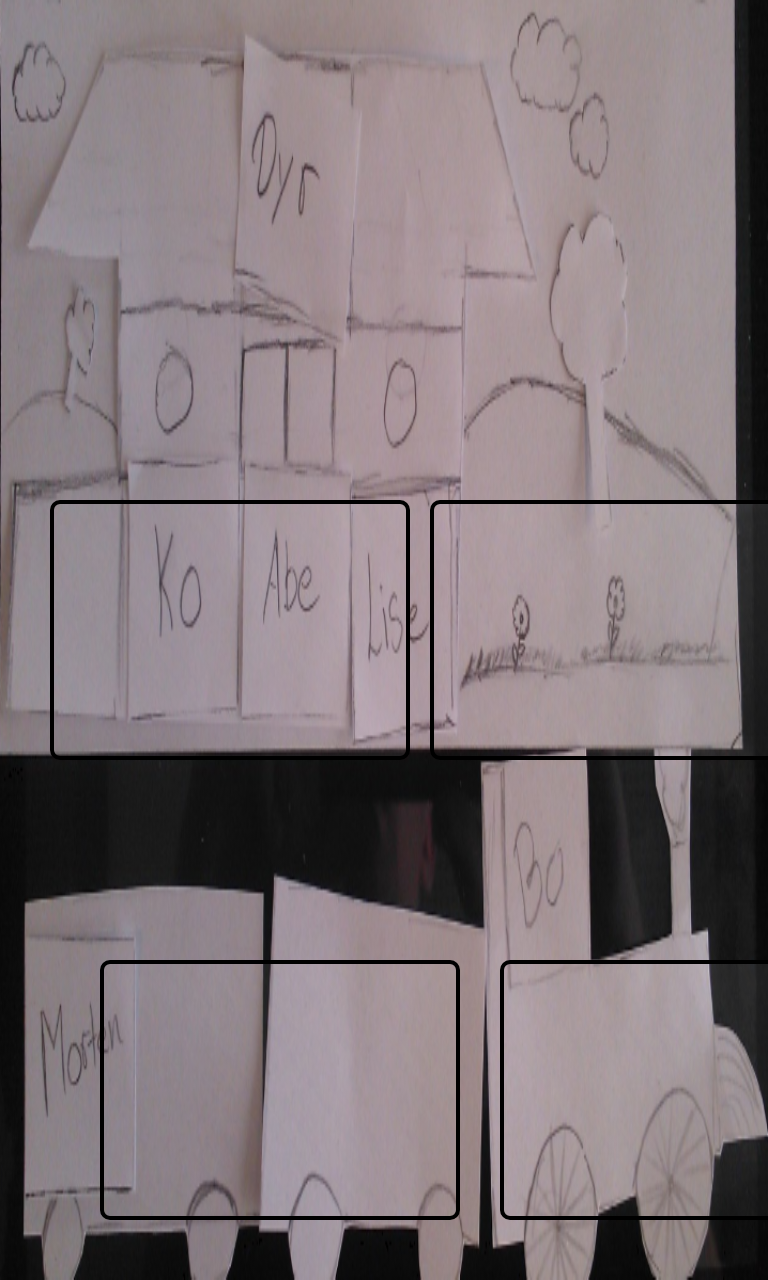
Repository: figa12/sw606f13
Layout: Source/backgroundTest/backgroundTest/res/layout/activity_main.xml
An editor plug-in stored every save of this project. The layout is shown before and after the next save, followed by the edit.
It is drawn on a 768 x 1280 px phone screen (xhdpi) without system bars, with theme AppTheme; the app's code is not run.

Above is the layout before, as saved 2013-02-28 09:00:16.

After the next save:
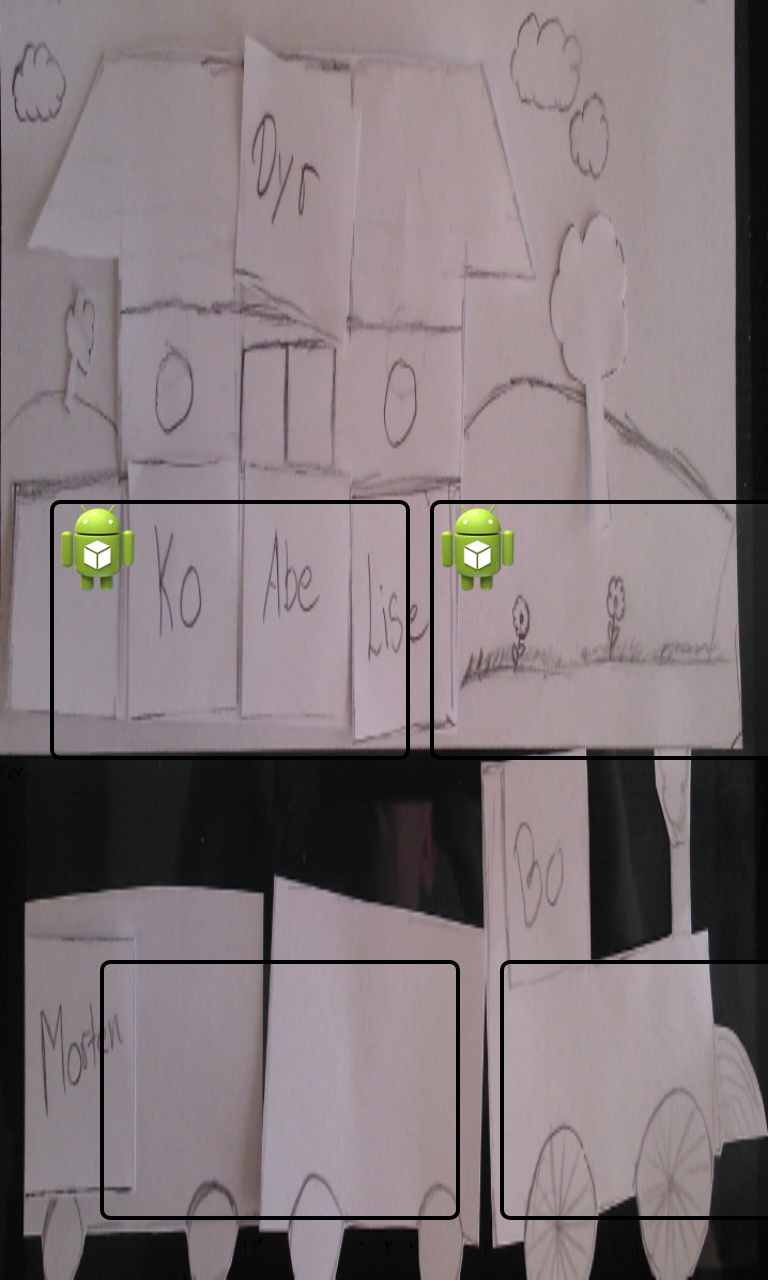
Saved 42 s later.
--- a/Source/backgroundTest/backgroundTest/res/layout/activity_main.xml
+++ b/Source/backgroundTest/backgroundTest/res/layout/activity_main.xml
@@ -18,6 +18,14 @@
         android:background="@drawable/shape"
         android:tag="1" >
 
+        <ImageView
+            android:id="@+id/myimage1"
+            android:layout_width="wrap_content"
+            android:layout_height="wrap_content"
+            android:layout_column="0"
+            android:layout_row="0"
+            android:src="@drawable/ic_launcher" />
+
     </LinearLayout>
 
     <LinearLayout
@@ -29,6 +37,15 @@
         android:background="@drawable/shape"
         android:tag="1" >
 
+
+        <ImageView
+            android:id="@+id/myimage1"
+            android:layout_width="wrap_content"
+            android:layout_height="wrap_content"
+            android:layout_column="0"
+            android:layout_row="0"
+            android:src="@drawable/ic_launcher" />
+
     </LinearLayout>
 
     <LinearLayout
@@ -39,6 +56,14 @@
         android:layout_y="250dp"
         android:background="@drawable/shape"
         android:tag="1" >
+
+        <ImageView
+            android:id="@+id/myimage1"
+            android:layout_width="wrap_content"
+            android:layout_height="wrap_content"
+            android:layout_column="0"
+            android:layout_row="0"
+            android:src="@drawable/ic_launcher" />
     </LinearLayout>
 
     <LinearLayout
@@ -49,6 +74,14 @@
         android:layout_y="250dp"
         android:background="@drawable/shape"
         android:tag="1" >
+
+        <ImageView
+            android:id="@+id/myimage1"
+            android:layout_width="wrap_content"
+            android:layout_height="wrap_content"
+            android:layout_column="0"
+            android:layout_row="0"
+            android:src="@drawable/ic_launcher" />
     </LinearLayout>
 
     <LinearLayout
